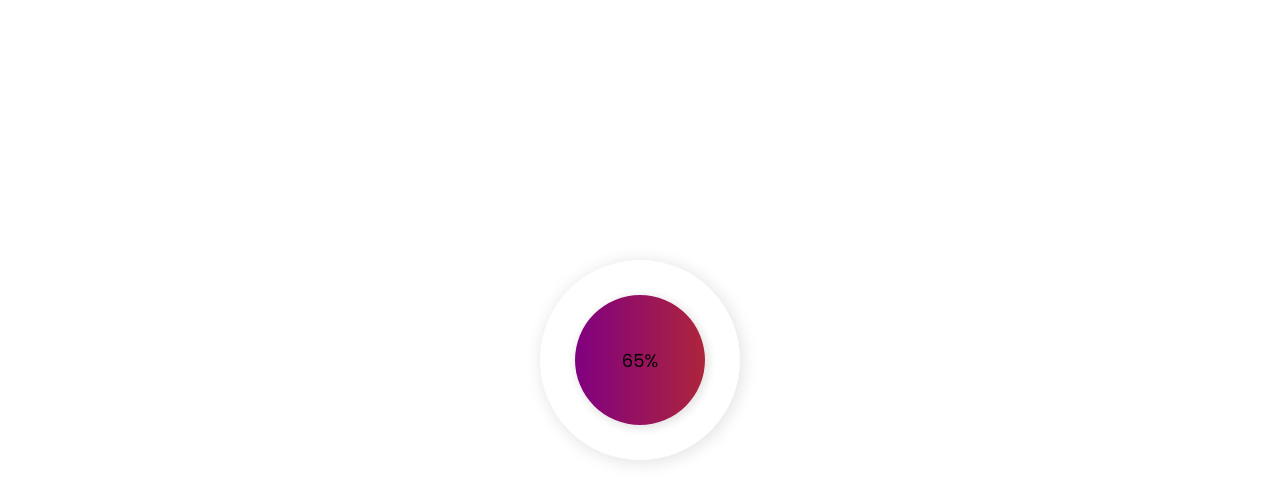
Repository: Ankitkr2021/Loader-Spinner
Page: index.html
An editor plug-in stored every save of this project. The page is shown before and after the next save, followed by the edit.
The browser window is 1280 px wide. The pictures show the whole page.

Above is the page before, as saved 2025-10-21 11:05:19.

After the next save:
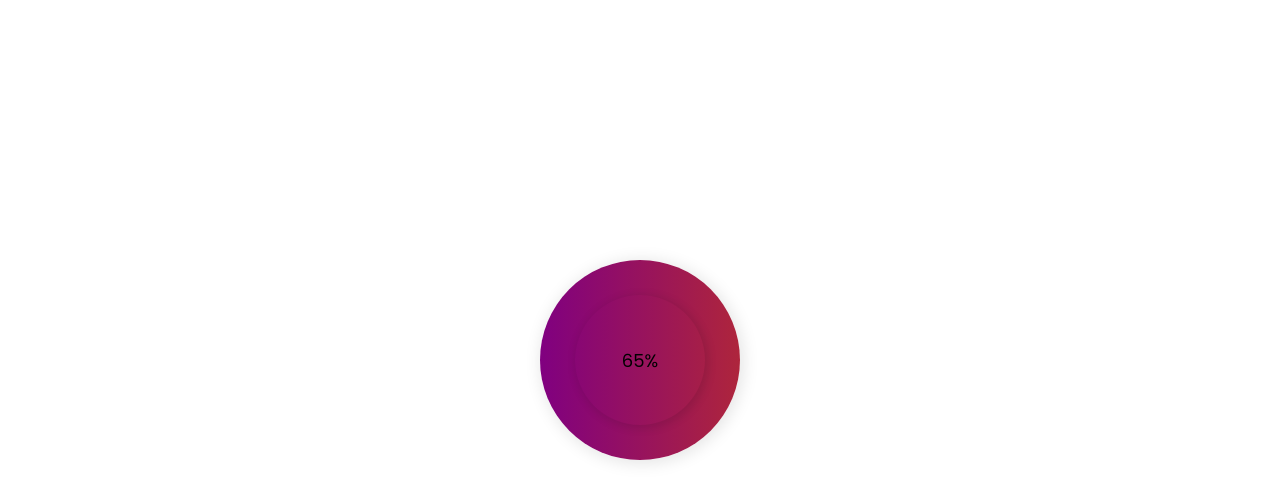
Saved 13 s later.
--- a/style.css
+++ b/style.css
@@ -21,6 +21,7 @@
     height: 200px;
     border-radius: 50%;
     box-shadow: 2px 2px 16px 2px rgba(0,0,0,0.1);
+    background: linear-gradient(to left, rgb(174, 37, 60) , purple);
 }
 
 .innercircle {
@@ -34,7 +35,6 @@
     height: 130px;
     border-radius: 50%;
     box-shadow: 2px 2px 8px 2px rgba(0,0,0,0.1);
-    background: linear-gradient(to left, rgb(174, 37, 60) , purple);
 }
 
 .innercircle:active {

After the save that followed:
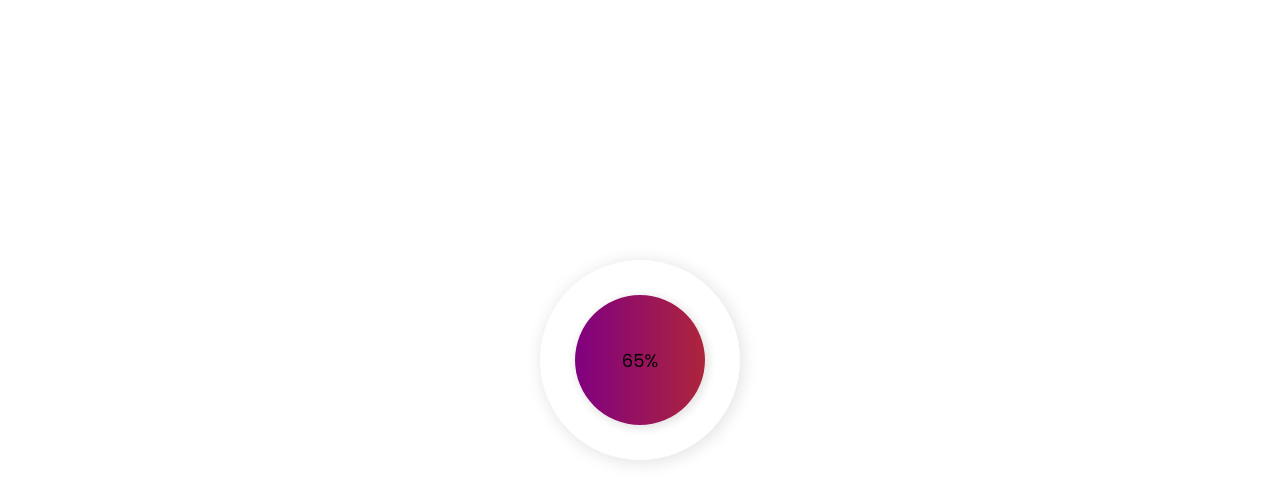
Saved 9 s later.
--- a/style.css
+++ b/style.css
@@ -21,10 +21,10 @@
     height: 200px;
     border-radius: 50%;
     box-shadow: 2px 2px 16px 2px rgba(0,0,0,0.1);
-    background: linear-gradient(to left, rgb(174, 37, 60) , purple);
 }
 
 .innercircle {
+    background: linear-gradient(to left, rgb(174, 37, 60) , purple);
     position: relative;
     top: 35px;
     left: 35px;
